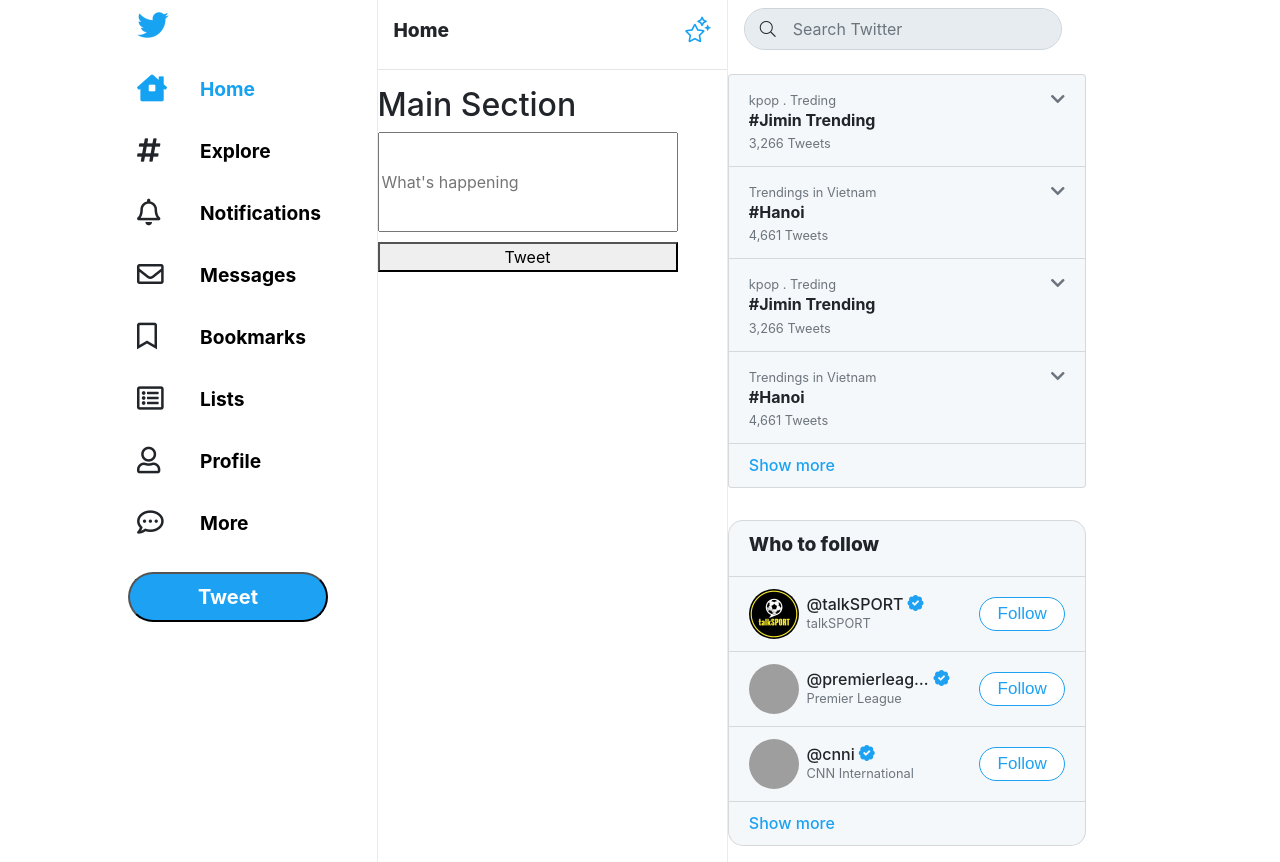
Repository: tts2610/Twitter-clone
Page: index.html
These files come from the project's save history. The page is drawn as it stood at one moment and after the next save; the edit follows.
The browser window is 1280 px wide. The pictures show the whole page.
Pictures or frames that could not be fetched are drawn as grey boxes.

Above is the page before, as saved 2020-05-23 15:04:12.

After the next save:
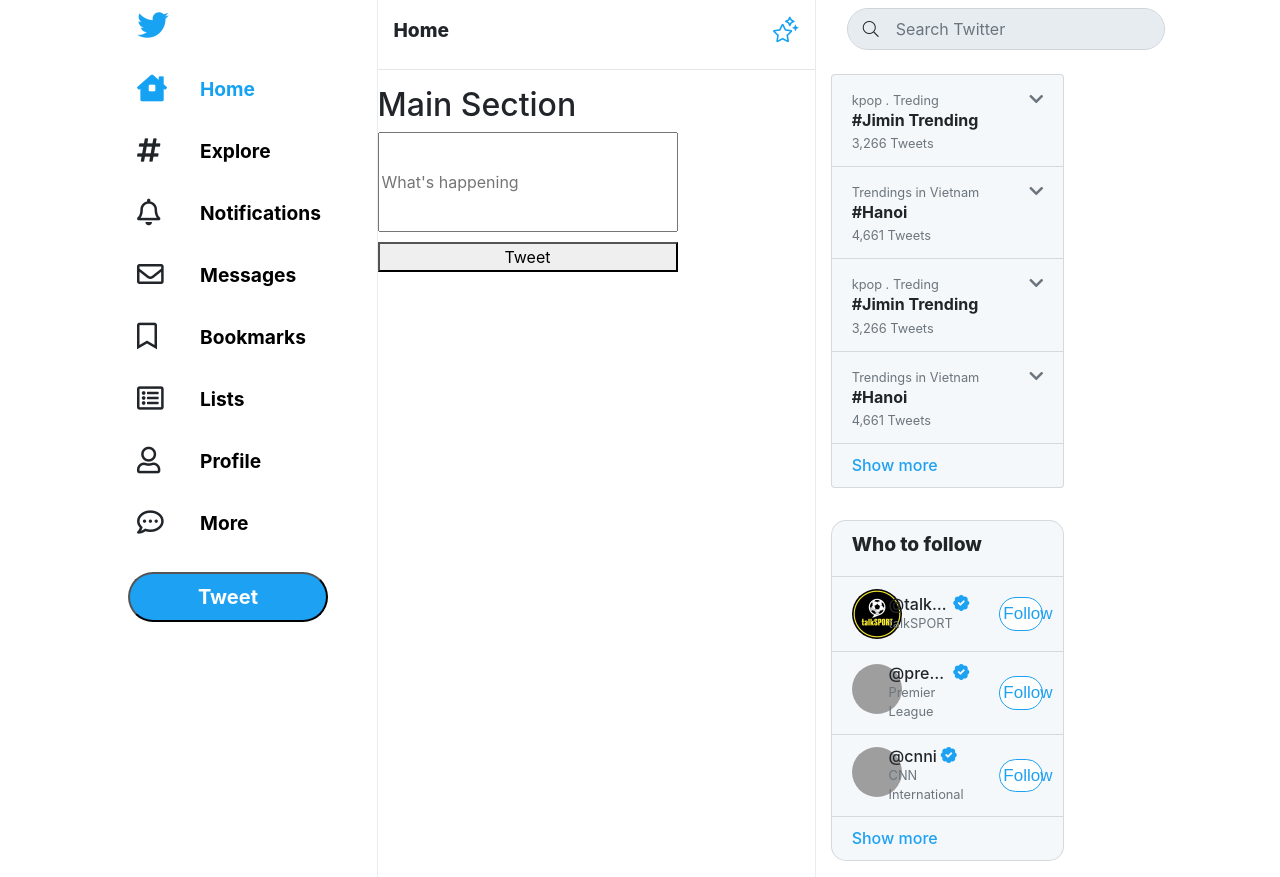
Saved 15 s later.
--- a/index.html
+++ b/index.html
@@ -87,7 +87,7 @@
                 </div>
             </div>
 
-            <div class="col-4" style="border-right: #e6ecf0 solid 1px; border-left: #e6ecf0 solid 1px; padding-left: 0px; padding-right: 0px;">
+            <div class="col-5" style="border-right: #e6ecf0 solid 1px; border-left: #e6ecf0 solid 1px; padding-left: 0px; padding-right: 0px;">
                 <nav class="navbar sticky-top navbar-light my-2" id="leftNav">
                     <span>Home</span>
                     <span style="color: #16a2f2;"><i class="fal fa-stars fa-lg"></i></span>
@@ -106,7 +106,7 @@
                 </div>
             </div>
 
-            <div class="col-3-sm">
+            <div class="col-3">
                 <nav class="navbar sticky-top navbar-light" id="rightNav">
                     <span style="position: absolute;z-index: 100;"><i class="fal fa-search ml-3"></i></span>
                     <div><input class="form-control mr-sm-2 pl-5" type="search" placeholder="Search Twitter" aria-label="Search" id="search"></div>
